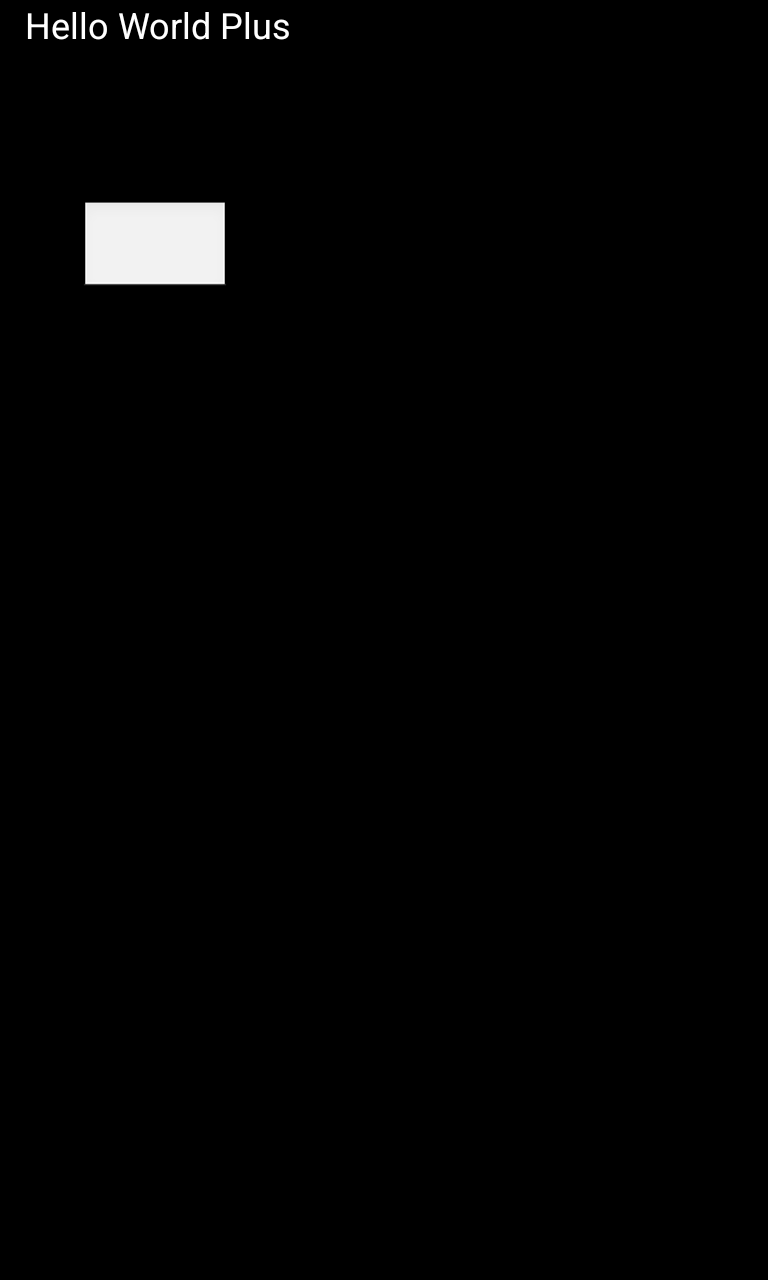
Repository: adatta02/comp194ma
Layout: hello_world/res/layout/main.xml
These files come from the project's save history. The layout is drawn as it stood at one moment and after the next save; the edit follows.
It is drawn on a 768 x 1280 px phone screen (xhdpi) without system bars, with theme android:Theme; the app's code is not run.

Above is the layout before, as saved 2009-02-04 20:21:55.

### hello_world/res/layout/main.xml
<?xml version="1.0" encoding="utf-8"?>

<AbsoluteLayout android:id="@+id/AbsoluteLayout01" android:layout_width="wrap_content" android:layout_height="wrap_content" xmlns:android="http://schemas.android.com/apk/res/android"><TextView android:id="@+id/TextView01" android:layout_width="wrap_content" android:text="Hello World Plus" android:textSize="36px" android:textColor="@color/white" android:layout_height="fill_parent" android:paddingLeft="25px"></TextView>
<EditText android:id="@+id/EditText01" android:layout_width="wrap_content" android:layout_height="wrap_content" android:layout_y="200px" android:width="150px" android:layout_x="80px"></EditText>
</AbsoluteLayout>

### hello_world/res/values/strings.xml
<?xml version="1.0" encoding="utf-8"?>
<resources>
    <string name="hello">Hello World, HelloWorld</string>
    <string name="app_name">HelloWorld</string>
<color name="white">#ffffff</color>



</resources>

After the next save:
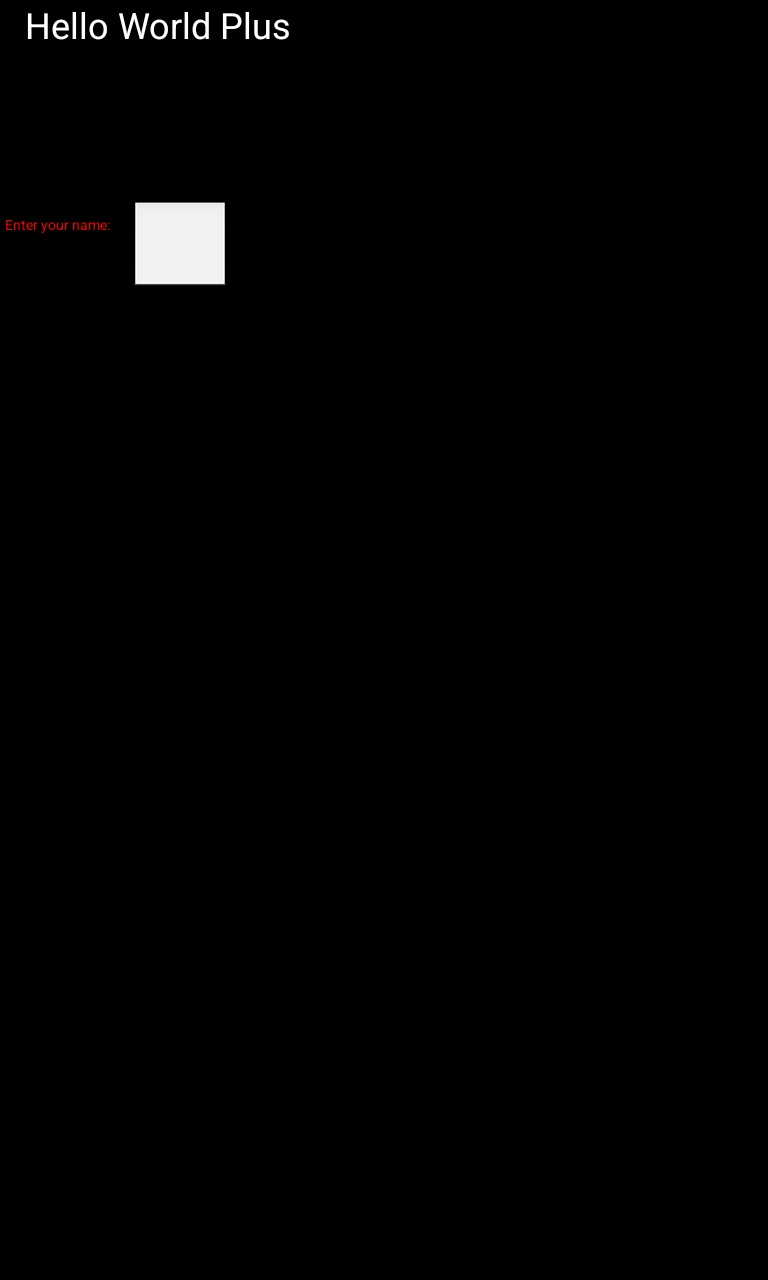
Saved 2 min 30 s later.
--- a/hello_world/res/layout/main.xml
+++ b/hello_world/res/layout/main.xml
@@ -1,5 +1,6 @@
 <?xml version="1.0" encoding="utf-8"?>
 
 <AbsoluteLayout android:id="@+id/AbsoluteLayout01" android:layout_width="wrap_content" android:layout_height="wrap_content" xmlns:android="http://schemas.android.com/apk/res/android"><TextView android:id="@+id/TextView01" android:layout_width="wrap_content" android:text="Hello World Plus" android:textSize="36px" android:textColor="@color/white" android:layout_height="fill_parent" android:paddingLeft="25px"></TextView>
-<EditText android:id="@+id/EditText01" android:layout_width="wrap_content" android:layout_height="wrap_content" android:layout_y="200px" android:width="150px" android:layout_x="80px"></EditText>
+<EditText android:id="@+id/EditText01" android:layout_width="wrap_content" android:layout_height="wrap_content" android:layout_y="200px" android:width="100px" android:layout_x="130px"></EditText>
+<TextView android:id="@+id/TextView02" android:layout_width="wrap_content" android:layout_height="wrap_content" android:text="Enter your name:" android:layout_y="215px" android:layout_x="5px" android:textColor="#FF0000" android:textSize="14px"></TextView>
 </AbsoluteLayout>
